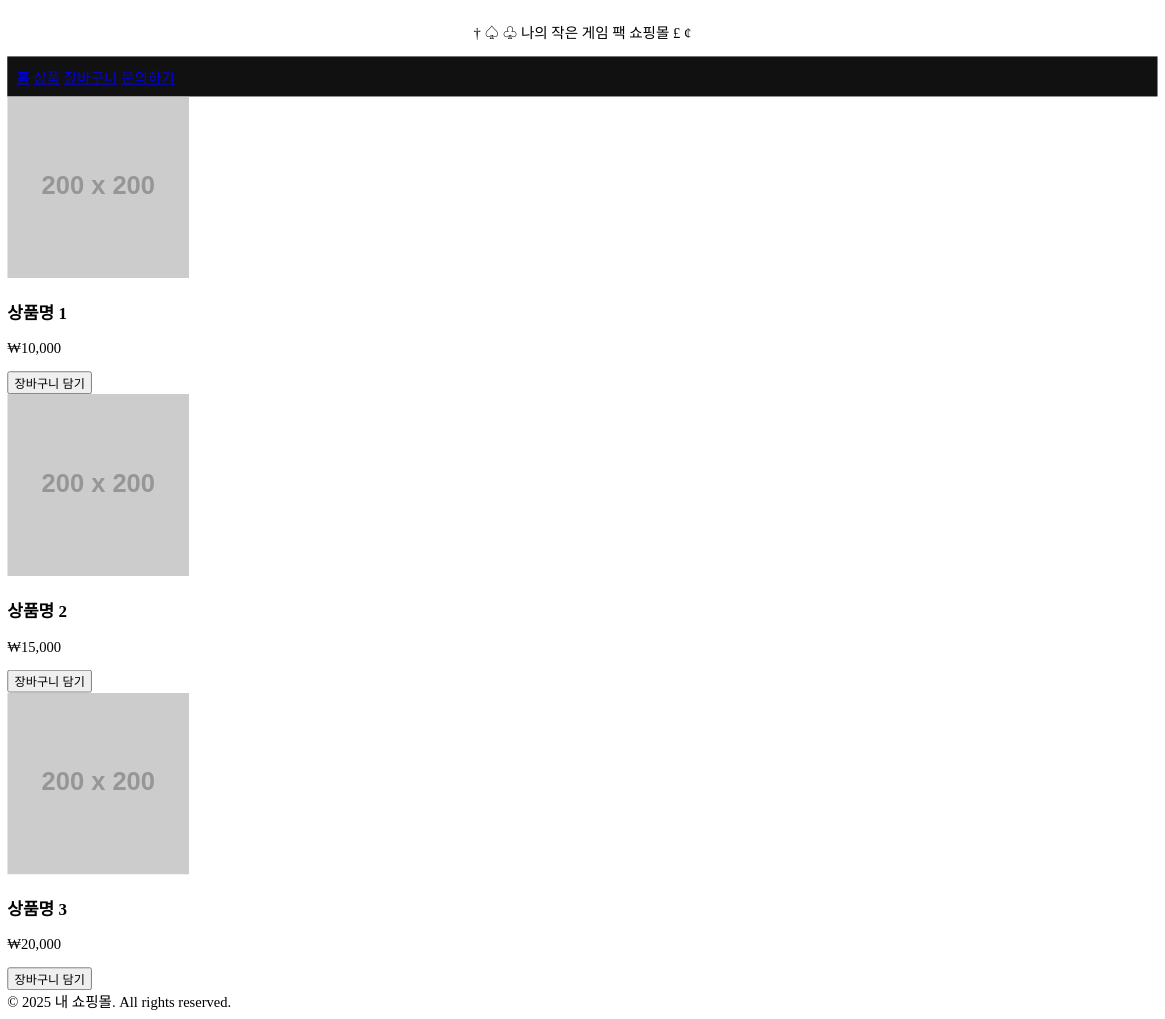
Repository: SeungYeon04/A_AssetsJSP
Page: http://localhost/JSP_Start01/
The author's editor kept a copy of each file at every save. The page is drawn from the files as they stood at one save, then again after a run of saves.
The browser window is 1280 px wide. The pictures show the whole page, at 91% of full size.
Some web fonts or font styles are not loaded; a fallback is used. The page is served by Tomcat 9.

Above is the page before, as saved 2025-03-11 05:24:41.

After the next 2 saves:
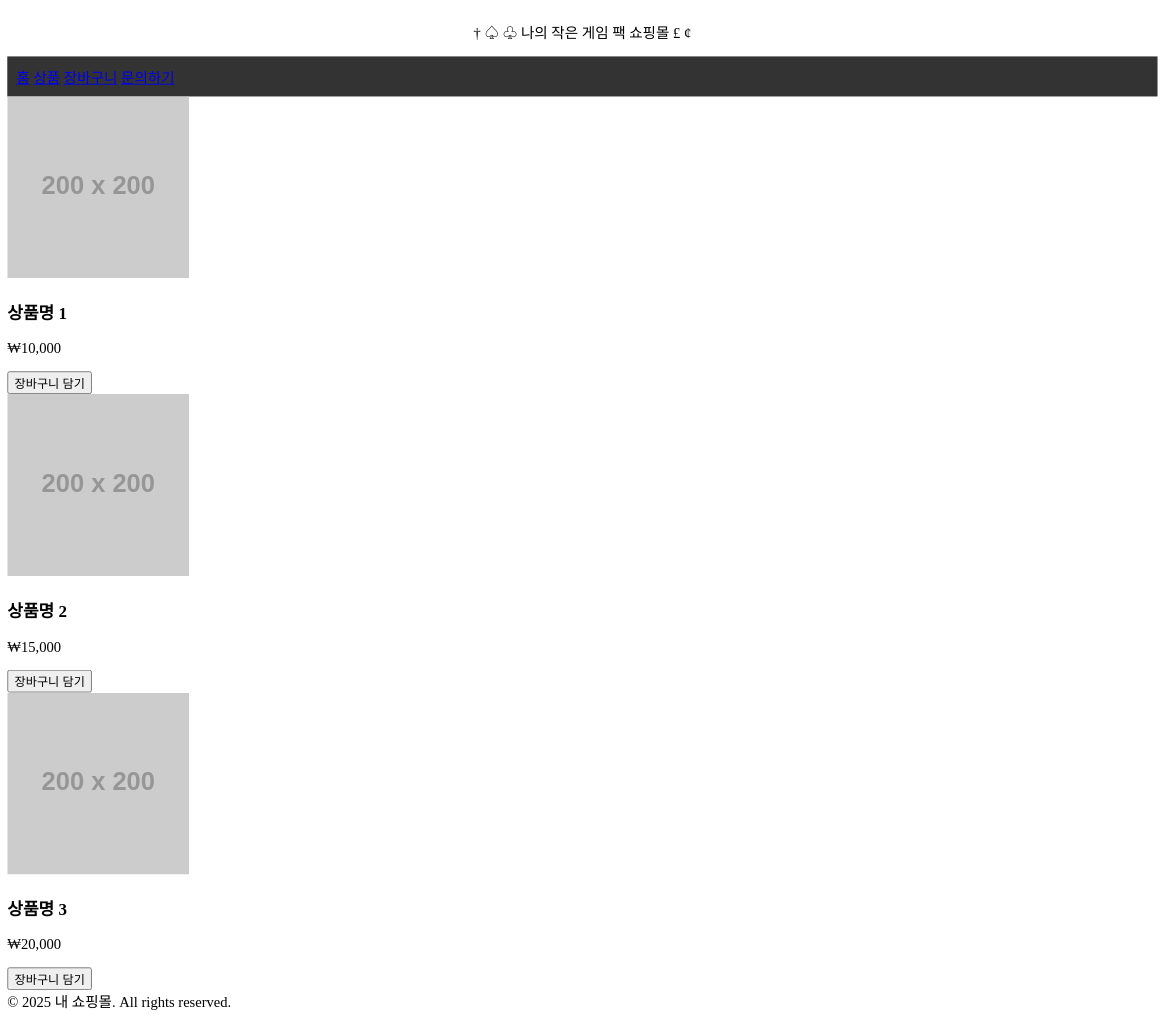
The 2 saves are shown as one change because they came seconds apart.
The last was saved 9 s later.
--- a/JSP_Start01/src/main/webapp/index.jsp
+++ b/JSP_Start01/src/main/webapp/index.jsp
@@ -61,7 +61,7 @@
 		}
 
 		nav {
-			background: #111;
+			background: #333;
 			padding: 10px;
 			text-align: ceter;
 
